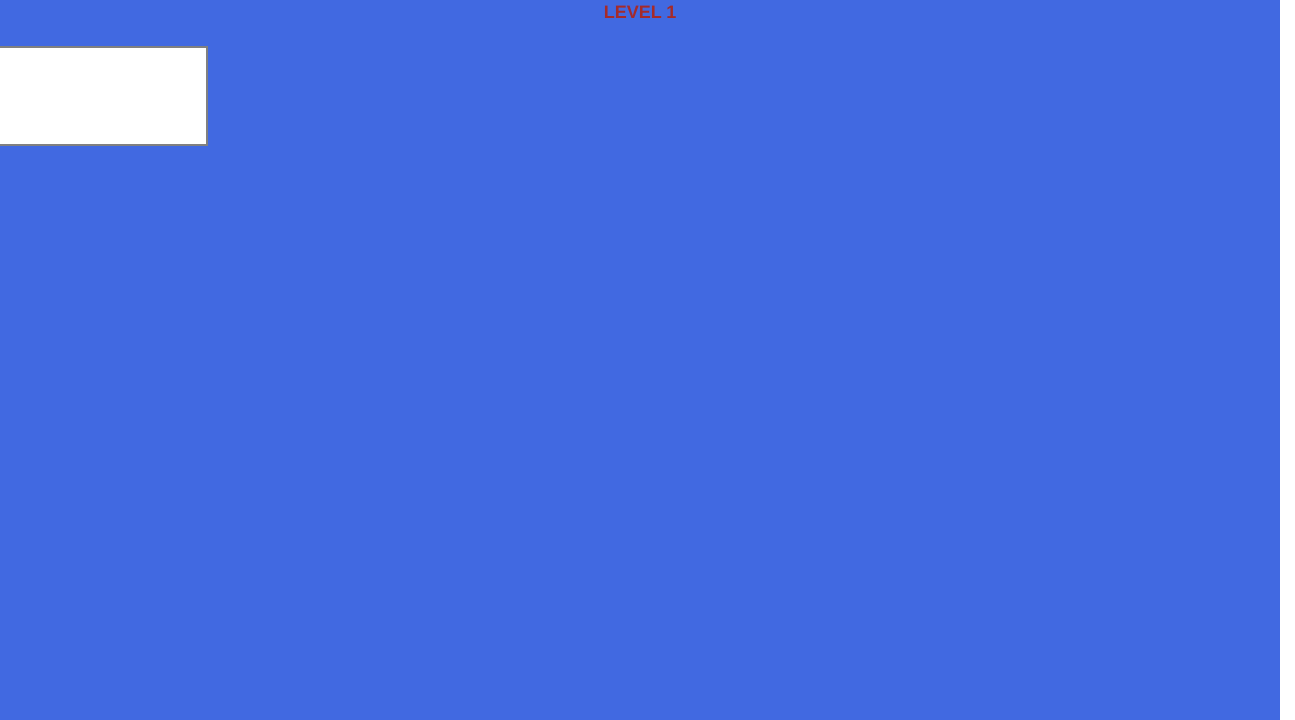
Repository: Shenba-Ps/Jsp-Servlet-B
Page: http://localhost/Test/Booking.jsp
These files come from the project's save history. The page is drawn as it stood at one moment and after the next save; the edit follows.
The browser window is 1280 px wide. The page is 1295 px wide, so the pictures cover 1295 px, including what lies to the right of the window. The pictures show the whole page.
The page is served by Tomcat 9. Other server files are loaded and not shown.

Above is the page before, as saved 2023-06-15 13:13:01.

### Test/src/main/webapp/Booking.jsp
<!DOCTYPE HTML><%@page language="java"
	contentType="text/html; charset=ISO-8859-1" pageEncoding="ISO-8859-1"%>
<html>
<head>
<title>Booking</title>
<meta http-equiv="Content-Type" content="text/html; charset=ISO-8859-1">
<link rel="stylesheet" href="Plugins/Boostrap.css">
<link rel="stylesheet" href="Script/Common.css">
<script src="Plugins/jQuery.js"></script>
<script src="Plugins/bootstrap.js"></script>
<script src="Script/Booking.js"></script>
</head>
<body>
	<div style="height: 100vh; background-color: #4169E1;">
		<div>
			<div class="Title form-group" style="text-align: center;">LEVEL 1</div>
			<div class="row">
				<div class="col-md-2 Slot Free"></div>
			</div>
		</div>
		<!-- Modal -->
		<div class="modal fade" data-backdrop="static" id="mdlCustomerDetail"
			role="dialog">
			<div class="modal-dialog" style="width: 70%;">
				<!-- Modal content-->
				<div class="modal-content">
					<div class="modal-body">
						<div class="Title form-group" style="text-align: center;">Please
							enter your booking information</div>
						<div class="row form-group">
							<div class="col-xs-3 RightAlign">
								<label>Name</label>
							</div>
							<div class="col-xs-6">
								<input class="form-control" type="text" id="idName"
									name="nmName">
								<div class="ControlErrorMessage" id="errName"></div>
							</div>
						</div>
						<div class="row form-group">
							<div class="col-xs-3 RightAlign">
								<label>Address</label>
							</div>
							<div class="col-xs-6">
								<textarea class="form-control" id="idAddress" name="nmAddress"></textarea>
								<div class="ControlErrorMessage" id="errAddress"></div>
							</div>
						</div>
						<div class="row form-group">
							<div class="col-xs-3 RightAlign">
								<label>NRIC</label>
							</div>
							<div class="col-xs-6">
								<input class="form-control" type="text" id="idNRIC"
									name="nmNRIC">
								<div class="ControlErrorMessage" id="errNRIC"></div>
							</div>
						</div>
						<div class="row form-group">
							<div class="col-xs-3 RightAlign">
								<label>Usage Trade</label>
							</div>
							<div class="col-xs-6">
								<select class="form-control" name="UsageTrade" id="idUsageTrade">
									<option value="Credit Card Promotion">Credit Card
										Promotion</option>
									<option value="F&B">F&B</option>
									<option value="Hairdressing">Hairdressing</option>
									<option value="Clothing">Clothing</option>
									<option value="Others">Others</option>
								</select>
								<div class="ControlErrorMessage" id="errUserTrade"></div>
							</div>
						</div>
						<div class="row form-group">
							<div class="col-xs-3 RightAlign">
								<label>Others</label>
							</div>
							<div class="col-xs-6">
								<input class="form-control" type="text" id="idOthers"
									name="nmOthers">
								<div class="ControlErrorMessage" id="errOthers"></div>
							</div>
						</div>
						<div class="row form-group">
							<div class="col-xs-3 RightAlign">
								<label>Email</label>
							</div>
							<div class="col-xs-6">
								<input class="form-control" type="text" id="idEmail"
									name="nmEmail">
								<div class="ControlErrorMessage" id="errEmail"></div>
							</div>
						</div>
						<div class="row form-group">
							<div class="col-xs-3 RightAlign">
								<label>Home</label>
							</div>
							<div class="col-xs-6">
								<input class="form-control PhoneNumber" type="text"
									id="idHomeTel" name="nmHome" maxlength="8">
								<div class="ControlErrorMessage" id="errHomeTel"></div>
							</div>
						</div>
						<div class="row form-group">
							<div class="col-xs-3 RightAlign">
								<label>Office</label>
							</div>
							<div class="col-xs-6">
								<input class="form-control PhoneNumber" type="text"
									id="idOfficeTel" name="nmOffice" maxlength="8">
								<div class="ControlErrorMessage" id="errOfficeTel"></div>
							</div>
						</div>
						<div class="row form-group">
							<div class="col-xs-3 RightAlign">
								<label>Mobile</label>
							</div>
							<div class="col-xs-6">
								<input class="form-control PhoneNumber" type="text"
									id="idMobile" name="nmMobile" maxlength="8">
								<div class="ControlErrorMessage" id="errMobile"></div>
							</div>
						</div>
						<div class="row form-group">
							<div class="col-xs-3 RightAlign">
								<label>Booking Date</label>
							</div>
							<div class="col-xs-6">
								<input class="form-control" type="date" id="idBookingDate"
									name="nmBookingDate">
								<div class="ControlErrorMessage" id="errBookingDate"></div>
							</div>
						</div>
					</div>
					<div class="modal-footer">
						<button type="button" class="btn btn-primary"
							onclick="onclickBookSlot()">Book Slot</button>
						<button type="button" class="btn btn-primary" id="btnBookSlot"
							style="display: none;"></button>
						<div class="ControlErrorMessage" id="errBookingSlot"></div>
					</div>
				</div>
			</div>
		</div>
	</div>
</body>
</html>

### Test/src/main/webapp/Script/Common.css
.Title {
	font-size: 18px;
	color: brown;
	font-weight: bold;
}

.RightAlign {
	text-align: center;
}

.ControlError {
	border: 2px solid red;
}

.ControlErrorMessage {
	color: red;
	font-weight: 600;
}

.Slot {
	border: 2px solid gray;
	margin: 5px;
	height: 100px
}

.Free {
	background-color: white;
	color: white;
	font-weight: 600;
	text-align: center;
}

.Booked {
	background-color: gray;
	color: white;
	font-weight: 600;
	text-align: center;
}

### Test/src/main/webapp/Script/Booking.js
$(function() {
	//OpenCustomerDetail();
});

function OpenCustomerDetail() {
	$('#mdlCustomerDetail').modal('show');
}

function onclickBookSlot() {
	$('#idName').removeClass("ControlError");
	$('#errName').hide();
	$('#idAddress').removeClass("ControlError");
	$('#errAddress').hide();
	$('#idNRIC').removeClass("ControlError");
	$('#errNRIC').hide();
	$('#idUsageTrade').removeClass("ControlError");
	$('#errUsageTrade').hide();
	$('#idOthers').removeClass("ControlError");
	$('#errOthers').hide();
	$('#idEmail').removeClass("ControlError");
	$('#errEmail').hide();
	$('#idHomeTel').removeClass("ControlError");
	$('#errHomeTel').hide();
	$('#idNOfficeTel').removeClass("ControlError");
	$('#errOfficeTel').hide();
	$('#idMobile').removeClass("ControlError");
	$('#errMobile').hide();
	$('#idBookingDate').removeClass("ControlError");
	$('#errBookingDate').hide();
	if ($('#idName').val() == "") {
		$('#idName').addClass("ControlError");
		$('#errName').html("* Please enter your name");
		$('#errName').show();
	}
	if ($('#idAddress').val() == "") {
		$('#idAddress').addClass("ControlError");
		$('#errAddress').html("* Please enter your address");
		$('#errAddress').show();
	}
	if ($('#idNRIC').val() == "") {
		$('#idNRIC').addClass("ControlError");
		$('#errNRIC').html("* Please enter your NRIC");
		$('#errNRIC').show();
	}
	if ($('#idUsageTrade').val() == "") {
		$('#idUsageTrade').addClass("ControlError");
		$('#errUsageTrade').html("* Please select usage trade");
		$('#errUsageTrade').show();
	}
	if ($('#idOthers').val() == "") {
		$('#idOthers').addClass("ControlError");
		$('#errOthers').html("* Please enter usage trade details");
		$('#errOthers').show();
	}
	if ($('#idEmail').val() == "") {
		$('#idEmail').addClass("ControlError");
		$('#errEmail').html("* Please enter your email");
		$('#errEmail').show();
	}
	if ($('#idHomeTel').val() == "") {
		$('#idHomeTel').addClass("ControlError");
		$('#errHomeTel').html("* Please enter your home number");
		$('#errHomeTel').show();
	}
	if ($('#idOfficeTel').val() == "") {
		$('#idOfficeTel').addClass("ControlError");
		$('#errOfficeTel').html("* Please enter your office number");
		$('#errOfficeTel').show();
	}
	if ($('#idMobile').val() == "") {
		$('#idMobile').addClass("ControlError");
		$('#errMobile').html("* Please enter your mobile number");
		$('#errMobile').show();
	}
	if ($('#idBookingDate').val() == "") {
		$('#idBookingDate').addClass("ControlError");
		$('#errBookingDate').html("* Please select booking date");
		$('#errBookingDate').show();
	}
}

Loaded but not shown: Test/src/main/webapp/Plugins/Boostrap.css (library); Test/src/main/webapp/Plugins/jQuery.js (library); Test/src/main/webapp/Plugins/bootstrap.js (library)

After the next save:
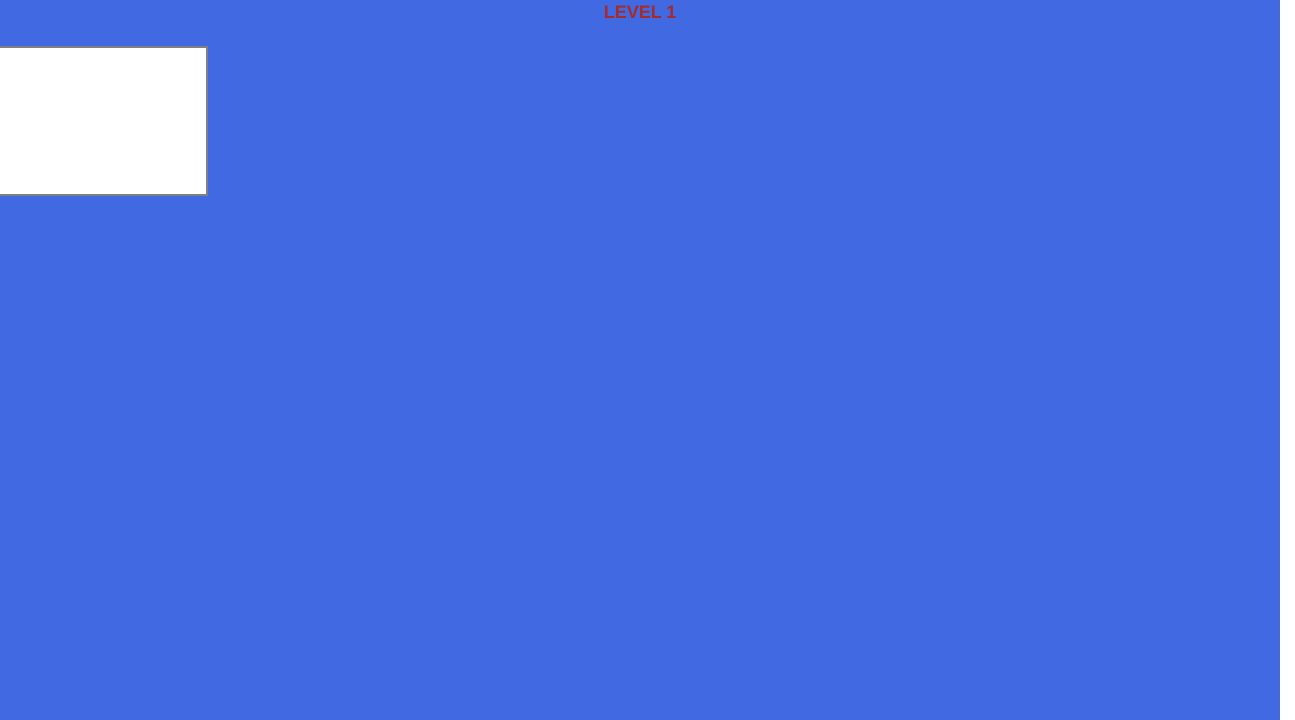
Saved 25 s later.
--- a/Test/src/main/webapp/Script/Common.css
+++ b/Test/src/main/webapp/Script/Common.css
@@ -20,7 +20,7 @@
 .Slot {
 	border: 2px solid gray;
 	margin: 5px;
-	height: 100px
+	height: 150px
 }
 
 .Free {
